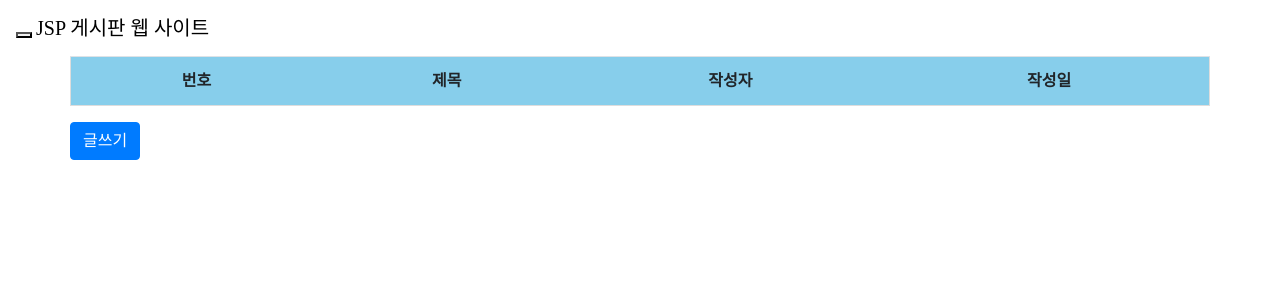
Repository: hz6450/2024-summer-jsp-notice-project
Page: http://localhost/BBS/BBS.jsp
The author's editor kept a copy of each file at every save. The page is drawn from the files as they stood at one save, then again after the next save.
The browser window is 1280 px wide. The pictures show the whole page.
Some web fonts or font styles are not loaded; a fallback is used. Some web libraries are served in a nearby version. The page is served by Tomcat 10. Queries for data that is not in the repository find no rows.

Above is the page before, as saved 2024-07-12 07:55:27.

After the next save:
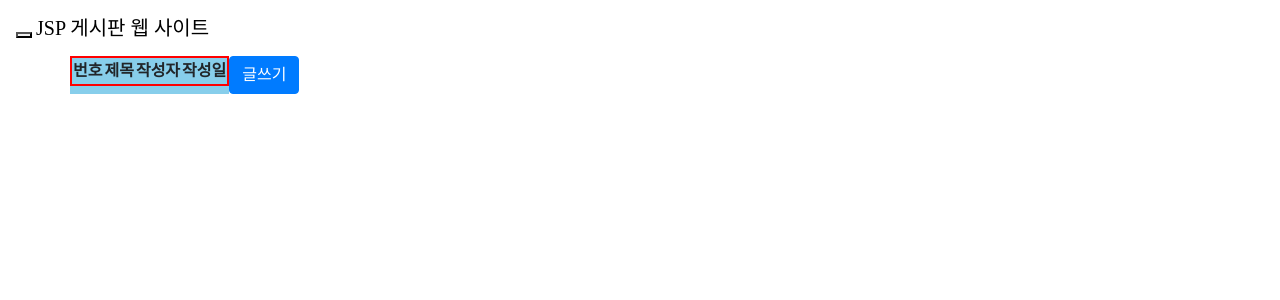
Saved 23 s later.
--- a/projects/BBS/src/main/webapp/BBS.jsp
+++ b/projects/BBS/src/main/webapp/BBS.jsp
@@ -51,8 +51,7 @@
 		</nav>
 			<div class="container">
 				<div class="row">
-					<table class="table table-striped"
-						style="text-align: center; border: 1px solid #dddddd;" id="table-test">
+					<table  id="table-test">
 						<thead>
 							<tr>
 								<th style="border-bottom:none; text-align: center;">번호</th>
